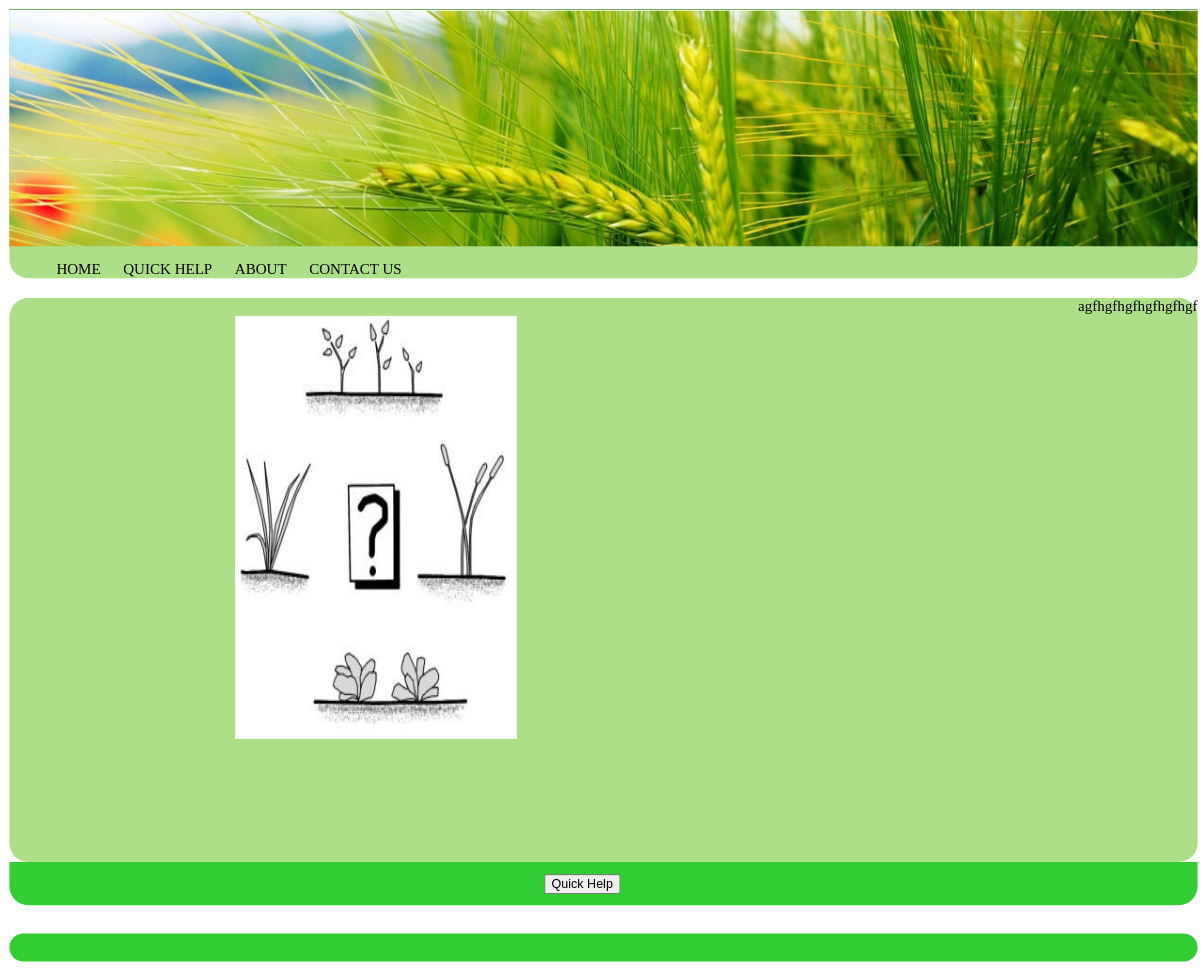
Repository: shivamtyagi1234/FarmoFriend
Page: http://localhost/FarmoFriend/
The author's editor kept a copy of each file at every save. The page is drawn from the files as they stood at one save, then again after the next save.
The browser window is 1280 px wide. The pictures show the whole page, at 94% of full size.
The page is served by Tomcat 9.

Above is the page before, as saved 2019-11-03 07:06:48.

After the next save:
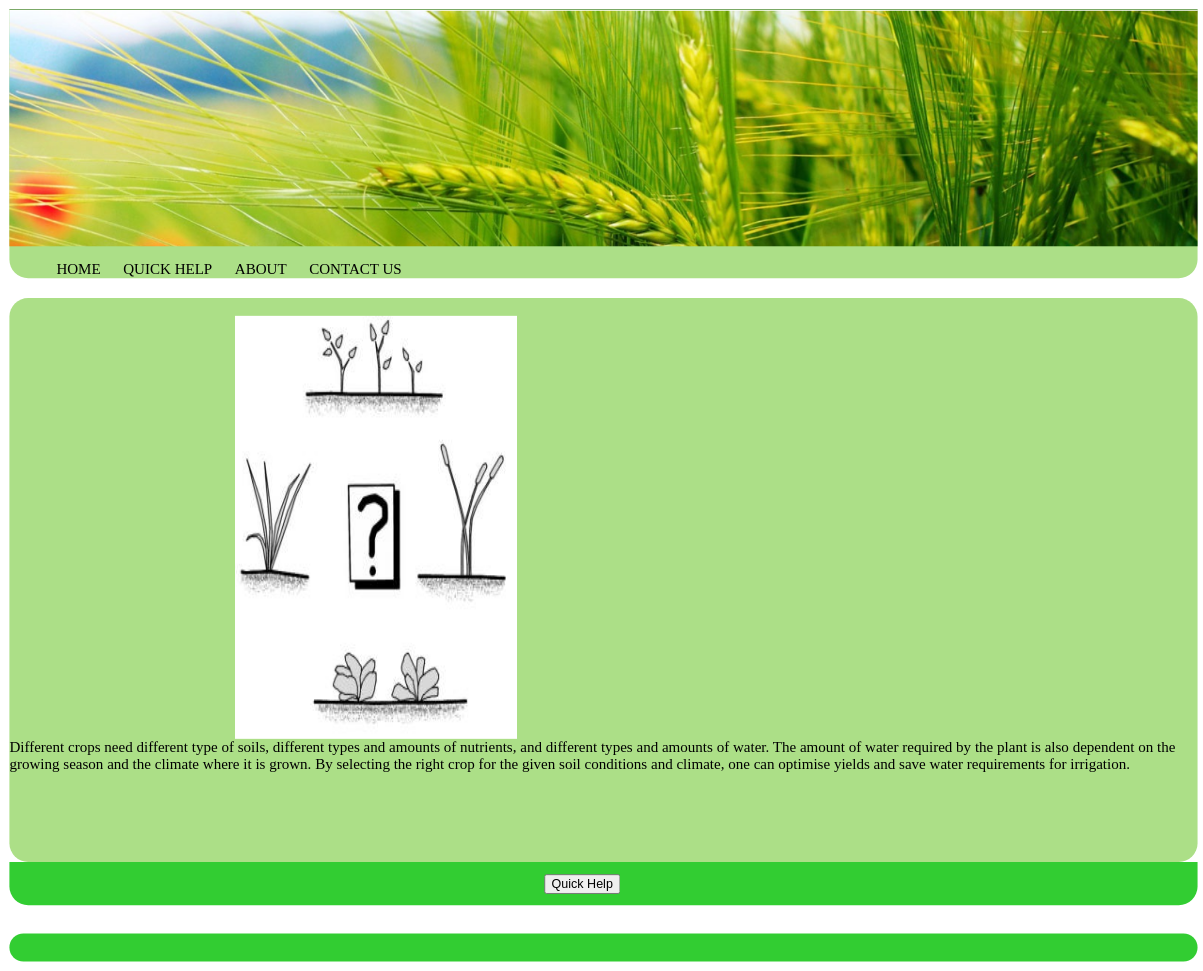
Saved 39 s later.
--- a/FarmoFriend/WebContent/home.jsp
+++ b/FarmoFriend/WebContent/home.jsp
@@ -76,7 +76,7 @@ height:30px;
 
 <div id="homeBody">
 	<div style="float: left; width: 50%"><img alt="home1" src="images\crop selection.jpg" ></div>
-	<div style="float: right;">agfhgfhgfhgfhgfhgf</div>
+	<div style="float: right;">Different crops need different type of soils, different types and amounts of nutrients, and different types and amounts of water. The amount of water required by the plant is also dependent on the growing season and the climate where it is grown. By selecting the right crop for the given soil conditions and climate, one can optimise yields and save water requirements for irrigation.</div>
 
 
 
